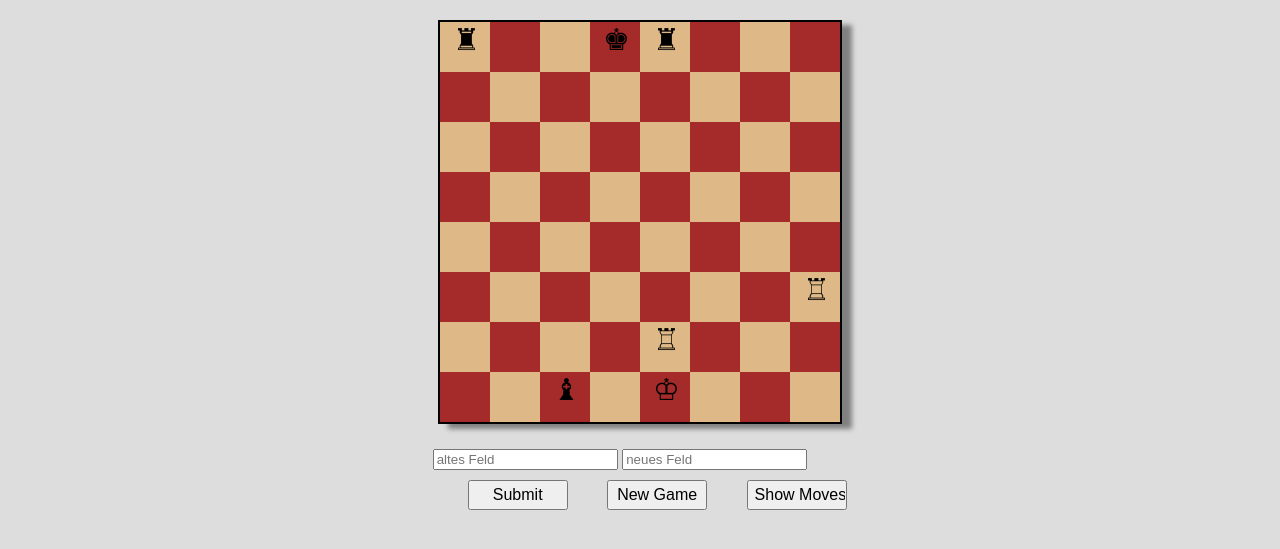
Repository: lizenzblue/Schach
Page: http://localhost/Schach.php
An editor plug-in stored every save of this project. The page is shown before and after the next save, followed by the edit.
The browser window is 1280 px wide. The pictures show the whole page.
The page is run by PHP 8.4 with error messages shown; the project is at /var/www/html/.

Above is the page before, as saved 2023-02-03 11:34:59.

### functions.php
<?php

function translateChessfieldsToXAndYCoords($chessfieldCorrds, $moveToChessField, $dataGrid){
    $coords = [0, 0, 0, 0];
    $chessfield = (array) json_decode(file_get_contents("./dataForGame/schachcoords.json"));

    for ($y = 0; $y < count($chessfield); $y++) {
        for ($x = 0; $x < count($chessfield[0]); $x++) {
            if($chessfield[$y][$x] == $moveToChessField){
                $coords[0] = $x;
                $coords[1] = $y;
            }
            if($chessfield[$y][$x] == $chessfieldCorrds){
                $coords[2] = $x;
                $coords[3] = $y;
            }
        }
    }
    return $coords;
}

function getPossibleMovesToShowOnBoard($coords, $dataGrid){
    $figure = $dataGrid[$coords[3]][$coords[2]];
    var_dump($coords);
    if(abs($figure) == 1 || abs($figure) == 3 || abs($figure) == 6){
        $possibleMoves = getPossibleMovesWithVector($coords[0], $coords[1], $dataGrid, getMoveVectorsForFigure($figure), true);
    } else {
        $possibleMoves = getPossibleMovesWithVector($coords[0], $coords[1], $dataGrid, getMoveVectorsForFigure($figure));
    }
    return $possibleMoves;
}

function saveDataGrid($contentForJSON)
{
    $finalData = json_encode($contentForJSON);
    file_put_contents("./dataForGame/dataGrid.json", $finalData);
}

function colorPlayfield($x, $y)
{
    if ($y % 2 == 0 && $x % 2 == 0) {
        $cellClass = 'cellWhite';
    } else if ($y % 2 == 0 && $x % 2 == 1) {
        $cellClass = 'cellBlack';
    } else if ($y % 2 == 1 && $x % 2 == 0) {
        $cellClass = 'cellBlack';
    } else {
        $cellClass = 'cellWhite';
    }
    return $cellClass;
}

function generateHTML($dataGrid, $highlightCoords = []){
    for ($y = 0; $y < count($dataGrid); $y++) {
        echo '<div class="row">';
        for ($x = 0; $x < count($dataGrid[0]); $x++) {
            $figureValue = $dataGrid[$y][$x];
            $hightlightClass = '';

            if (in_array([$x, $y], $highlightCoords)) {
                $hightlightClass = 'markedField';
            }

            if ($figureValue > 0 || $figureValue <= -1) {
                echo '<div class="' . colorPlayfield($x, $y) . ' ' . $hightlightClass . '"> <div id="figure" class="figure">' . getFigureCodeByNumber($figureValue) . '</div></div>';
            } else {
                echo '<div class="' . colorPlayfield($x, $y) . ' ' . $hightlightClass . '"></div>';
            }
        }
        echo '</div>';
    }
}

function getFigureCodeByNumber($number)
{
    $figures = [
        -1 => '&#9823',
        -2 => '&#9820',
        -3 => '&#9822',
        -4 => '&#9821',
        -5 => '&#9819',
        -6 => '&#9818',
        1 => '&#9817',
        2 => '&#9814',
        3 => '&#9816',
        4 => '&#9815',
        5 => '&#9813',
        6 => '&#9812',
    ];

    return $figures[$number];
}

function moveFigure($oldX, $oldY, $newX, $newY, $dataGrid)
{
    $figureValue = $dataGrid[$oldY][$oldX];
    $dataGrid[$newY][$newX] = $figureValue;
    $dataGrid[$oldY][$oldX] = 0;
    return $dataGrid;
}

function checkIfFigurIsInWay($posX, $posY, $dataGrid, $figureValue)
{
    $fieldValue = $dataGrid[$posY][$posX];
    if ($figureValue > 0) {
        if ($fieldValue > 0 && $fieldValue != 3) {
            return true;
        } else {
            return false;
        }
    } elseif ($figureValue < 0) {
        if ($fieldValue < 0 && $fieldValue != -3) {
            return true;
        } else {
            return false;
        }
    }
}

function check($coords, $dataGrid, $color, $onlytesting = false)
{
    $enemyPieces = getAllPiecesOfColor($color * -1, $dataGrid);
    if (isUnderAttack($coords, $dataGrid, $enemyPieces)) {
        if(!$onlytesting){
            if ($color == -1) {
                echo "Black King check";
            } else {
                echo "White King check";
            }
        }
        return true;
    }
    return false;
}

function getCountedMoves(){
    return (array) json_decode(file_get_contents("./dataForGame/countedMovesForRochade.json"));
}

function detectTurmForRochade($posKing, $moveToCoords){
    $color = getCurrentColor();
    $returnValue = "";
    if($moveToCoords[0] < $posKing[0]){
        ($color == 1) ?  $returnValue = "countedMovesWhiteTurmOne" : $returnValue = "countedMovesBlackTurmOne";
    } else {
        ($color == 1) ?  $returnValue = "countedMovesWhiteTurmTwo" : $returnValue = "countedMovesBlackTurmTwo";
    }
    return $returnValue;
}

function checkIfFieldsBetweenAreEmpty($coordsFigureOne, $coordsFigureTwo, $moveVector, $dataGrid){
    while($coordsFigureOne[0] != $coordsFigureTwo[0]){
        $coordsFigureOne[0] += $moveVector[0];

        if($coordsFigureOne[0] == 0 ||$coordsFigureOne[0] == 7){
            break;
        }
        if($dataGrid[$coordsFigureOne[1]][$coordsFigureOne[0]] != 0){
            return false;
        }
    }
    return true;
}

function checkForRochade($oldCoords, $newCoords, $dataGrid){
    $returnValue = true;
    if($dataGrid[$oldCoords[1]][$oldCoords[0]] != 6 || $dataGrid[$oldCoords[1]][$oldCoords[0]] != -6){
        $returnValue = false;
    }
    $fieldsmoved = 0;
    ($oldCoords[0] > $newCoords[0]) ? $fieldsmoved = $oldCoords[0] - $newCoords[0] : $fieldsmoved = $newCoords[0] - $oldCoords[0];
    ($fieldsmoved == 2) ? $returnValue = true : $returnValue = false;
    return $returnValue;
}

function rochade($posKing, $dataGrid, $kingMoveCoords){
    $posRock = [];
    $pieces =  getAllPiecesOfColor(getCurrentColor(), $dataGrid);
    $color = getCurrentColor();
    $assingKings = [
        1 => "countedMovesWhiteKing",
        -1 => "countedMovesBlackKing",
    ];
    $detectedFigures = [
        "king" => $assingKings[$color],
        "rock" => detectTurmForRochade($posKing, $kingMoveCoords),
    ];
    $possibilityRochade = true;

    $moveVectorBetweenKingAndRock = [];

    if($posKing[0] > $kingMoveCoords[0]){
        $moveVectorBetweenKingAndRock = [-1, 0];
    } else {
        $moveVectorBetweenKingAndRock = [1, 0];
    }


    if(checkForCheckAndCheckMate($dataGrid)){

        $possibilityRochade = false;
    }

    if(!(strpos($detectedFigures["king"], "White") && strpos($detectedFigures["rock"], "White") ||
    strpos($detectedFigures["king"], "Black") && strpos($detectedFigures["rock"], "Black"))){

        $possibilityRochade = false;
    }

    $countedMoves = getCountedMoves();

    if($countedMoves[$detectedFigures["king"]] != 0 || $countedMoves[$detectedFigures["rock"]] != 0){

        $possibilityRochade = false;
    }

    if(strpos($detectedFigures["rock"], "One")){
        ($color == 1) ? $posRock = [0, 7] : $posRock = [0, 0];
    } else {
        ($color == 1) ? $posRock = [7, 7] : $posRock = [7, 0];
    }
    if(!checkIfFieldsBetweenAreEmpty($posKing, $posRock, $moveVectorBetweenKingAndRock, $dataGrid)){
        $possibilityRochade = false;
    }
    $coords = $posKing;
    for ($x=0; $x < 1; $x++) {
        $coords[0] += $moveVectorBetweenKingAndRock[0];
        if(isUnderAttack($coords, $dataGrid, getAllPiecesOfColor($color * -1, $dataGrid))){
            $possibilityRochade = false;
        }
    }

    $result = [
        "possibility" => $possibilityRochade,
        "rock" => $detectedFigures["rock"],
        "king" => $detectedFigures["king"],
        "rockCoords" => $posRock,
        "kingcoords" => $posKing,
        "kingMoveCoords" => $kingMoveCoords,
    ];

    return $result;
}

function executeRochade($dataOfFigures, $dataGrid){
    $arrayOfRockMoveToCoords = [
        "countedMovesWhiteTurmOne" => [3, 7],
        "countedMovesWhiteTurmTwo" => [5, 7],
        "countedMovesBlackTurmOne" => [3, 0],
        "countedMovesBlackTurmTwo" => [5, 0],
    ];
    $color = getCurrentColor();
    $rockMoveToCoords = $arrayOfRockMoveToCoords[$dataOfFigures["rock"]];
    $kingMoveToCoords = $dataOfFigures["kingMoveCoords"];
    $kingcoords = $dataOfFigures["kingcoords"];
    $rockCoords = $dataOfFigures["rockCoords"];
    $dataGrid[$rockCoords[1]][$rockCoords[0]] = 0;
    $dataGrid[$kingcoords[1]][$kingcoords[0]] = 0;

    if($color ==  1){
        $dataGrid[$kingMoveToCoords[1]][$kingMoveToCoords[0]] = 6;
        $dataGrid[$rockMoveToCoords[1]][$rockMoveToCoords[0]] = 2;
    } else {
        $dataGrid[$kingMoveToCoords[1]][$kingMoveToCoords[0]] = -6;
        $dataGrid[$rockMoveToCoords[1]][$rockMoveToCoords[0]] = -2;
    }
    return $dataGrid;
}

function checkMate($posKing, $dataGrid)
{
    $possibleMoves = koenigMoveValid($posKing[0], $posKing[1], 0, 0, $dataGrid, false, true);

    if (empty($possibleMoves)) {
        if (!checkIfFigureCanSaveKing($posKing, $dataGrid)) {
            return true;
        }
    }
    return false;
}

function checkIfFigureCanSaveKing($coordsOfKing, $dataGrid)
{
    $color = getCurrentColor();
    $enemyPieces = getAllPiecesOfColor($color * -1, $dataGrid);
    $playerPieces = getAllPiecesOfColor($color, $dataGrid);
    $attackerPos = isUnderAttack($coordsOfKing, $dataGrid, $enemyPieces, true);
    $moveVector = [$coordsOfKing[0] - $attackerPos["x"], $coordsOfKing[1] - $attackerPos["y"]];
    ($moveVector[0] < 0) ? $moveVector[0] = -1 : $moveVector[0] = 1;
    ($moveVector[1] < 0) ? $moveVector[1] = -1 : $moveVector[1] = 1;
    $posX = $attackerPos["x"];
    $posY = $attackerPos["y"];

    $fieldsBetweenKingAndAttacker = getPossibleMovesWithVector($posX, $posY, $dataGrid, [$moveVector], false);

    array_pop($fieldsBetweenKingAndAttacker);

    foreach ($fieldsBetweenKingAndAttacker as $coordinate) {
        foreach ($playerPieces as $playerPiece) {
            if (validation($playerPiece["x"], $playerPiece["y"], $coordinate[0], $coordinate[1], $dataGrid)) {
                return true;
            }
        }
    }
    return false;
}

function checkForCheckAndCheckMate($dataGrid, $onlyTestting = false)
{
    $posKing = [];
    $color = getCurrentColor();
    $playerPieces = getAllPiecesOfColor($color, $dataGrid);
    foreach ($playerPieces as $playerPiece) {
        if ($playerPiece["fieldValue"] == 6 || $playerPiece["fieldValue"] == -6) {
            $posKing = [$playerPiece["x"], $playerPiece["y"]];
        }
    }

    if (check($posKing, $dataGrid, $color, $onlyTestting)) {
        if (checkMate($posKing, $dataGrid)) {
            return true;
        }
    }
    return false;
}

function checkIfRequestedMoveIsInAllowedMoves($requestedMove, $allowedMoves)
{
    if (in_array($requestedMove, $allowedMoves)) {
        return true;
    } else {
        return false;
    }
}

function getFieldValue($x, $y, $dataGrid)
{
    $fieldValue = $dataGrid[$y][$x];
    return $fieldValue;
}

function getRequestMove($x, $y)
{
    $requestMove = [$x, $y];
    return $requestMove;
}

function trackTurmMoves($coords){
    $coordsOfRocksAndKings = [[0, 7], [7, 7], [0, 0], [7, 0], [4, 7], [4, 0]];
    $figureThatMoves = "";
    $arrayToAsignFigure = [
        //------------Rocks-------------
        0 => "countedMovesWhiteTurmOne",
        1 => "countedMovesWhiteTurmTwo",
        2 => "countedMovesBlackTurmOne",
        3 => "countedMovesBlackTurmTwo",
        //------------Kings-------------
        4 => "countedMovesWhiteKing",
        5 => "countedMovesBlackKing",
    ];
    foreach($coordsOfRocksAndKings as $key => $coordsOfFigure){
        if($coordsOfFigure == $coords){
             $figureThatMoves = $arrayToAsignFigure[$key];
             $jsonData = getCountedMoves();
             $jsonData[$figureThatMoves] = 1;
             file_put_contents("./dataForGame/countedMovesForRochade.json", json_encode($jsonData));
        }
    }
}

//---------------------------------------------------------------

function getMoveVectorsForFigure($figure, $throw=false){
    $allFigureMoveVectors = [
        -1 => [[0, 1], [0, 2]], // BlackRock
        1 => [[0, -1], [0, -2]], // WhiteRock
        2 => [[0, 1], [0, -1], [1, 0], [-1, 0]], // Turm
        3 => [[1, 2], [-1, 2], [1, -2], [-1, -2], [-2, 1], [-2, -1], [2, 1], [2, -1]], // Reiter
        4 => [[1, 1], [1, -1], [-1, -1], [-1, 1]], // Bishop
        5 => [[1, 1], [1, -1], [-1, -1], [-1, 1], [0, 1], [0, -1], [1, 0], [-1, 0]], // queen
        6 => [[0, 1], [0, -1], [1, 0], [-1, 0], [1, 1], [1, -1], [-1, -1], [-1, 1]] //king
    ];
    $throwVectorsForRock = [
        -1 => [[1, 1], [-1, 1]],
        1 => [[1, -1], [-1, -1]],
    ];
    if($throw){
        return $throwVectorsForRock[$figure];
    }
    return $allFigureMoveVectors[$figure];
}

function stopFiguresFromMovingIfKingIsCheck($coords, $dataGrid){
    if(check($coords, $dataGrid, getCurrentColor())){
        return true;
    }
    return false;
}

function validation($oldX, $oldY, $newX, $newY, $dataGrid, $simulateMove = false)
{

    if ($newX > 7 || $newX < 0 || $newY > 7 || $newY < 0) {
        return false;
    }

    $absoluteFieldValue = abs($dataGrid[$oldY][$oldX]);
    $onlyOneTime = false;

    /*if($absoluteFieldValue != 6){
        if(stopFiguresFromMovingIfKingIsCheck([$oldX, $oldY], $dataGrid)){
            return false;
        }
    }*/


    switch ($absoluteFieldValue) {
        case 1:
            return validateBauernMoves([$oldX, $oldY], [$newX, $newY], $dataGrid, $simulateMove);
        case 6:
            $koenigMoveTrueOrFalse = koenigMoveValid($oldX, $oldY, $newX, $newY, $dataGrid, $simulateMove);
            if($koenigMoveTrueOrFalse && !$simulateMove){
                trackTurmMoves([$oldX, $oldY]);
            }
            return $koenigMoveTrueOrFalse;
        case 2:
            $turmMoveTrueOrFalse = moveValid($oldX, $oldY, $newX, $newY, $dataGrid, $onlyOneTime, getMoveVectorsForFigure($absoluteFieldValue));
            if($turmMoveTrueOrFalse && !$simulateMove){
                trackTurmMoves([$oldX, $oldY]);
            }
            return $turmMoveTrueOrFalse;
        case 3:
            $onlyOneTime = true;
            return moveValid($oldX, $oldY, $newX, $newY, $dataGrid, $onlyOneTime, getMoveVectorsForFigure($absoluteFieldValue));
        default:
            return moveValid($oldX, $oldY, $newX, $newY, $dataGrid, $onlyOneTime, getMoveVectorsForFigure($absoluteFieldValue));
    }
}

function bauerMoveCalculation($moveVectors, $oldCoords, $dataGrid)
{
    $calculatedMoves = [];
    foreach ($moveVectors as $value) {
        $calculatedMoves = array_merge($calculatedMoves, calculateMoves($oldCoords[0], $oldCoords[1], $value, $dataGrid, true));
    }
    return $calculatedMoves;
}

function bauernThowCalculation($throwMoveVectors, $oldCoords, $dataGrid)
{
    $calculatedThrows = [];
    foreach ($throwMoveVectors as $value) {
        $calculatedThrows = array_merge($calculatedThrows, calculateMoves($oldCoords[0], $oldCoords[1], $value, $dataGrid, true));
    }
    return $calculatedThrows;
}

function filteringMovesForWhite($oldCoords, $possibleMoves, $dataGrid)
{
    foreach ($possibleMoves as $key => $value) {
        if ($oldCoords[0] != $value[0] && $oldCoords[1] != $value[1]) {
            if (getFieldValue($value[0], $value[1], $dataGrid) >= 0) {
                unset($possibleMoves[$key]);
            }
        }
        if (abs($oldCoords[1] - $value[1]) == 2 && $oldCoords[1] != 6) {
            unset($possibleMoves[$key]);
        }
    }
    return $possibleMoves;
}

function filteringMovesForBlack($oldCoords, $possibleMoves, $dataGrid)
{
    foreach ($possibleMoves as $key => $value) {
        if ($oldCoords[0] != $value[0] && $oldCoords[1] != $value[1]) {
            if (getFieldValue($value[0], $value[1], $dataGrid) <= 0) {
                unset($possibleMoves[$key]);
            }
        }
        if (abs($oldCoords[1] - $value[1]) == 2 && $oldCoords[1] != 1) {
            unset($possibleMoves[$key]);
        }
    }
    return $possibleMoves;
}

function validateBauernMoves($oldCoords, $newCoords, $dataGrid, $simulateMove)
{
    $fieldValue = $dataGrid[$oldCoords[1]][$oldCoords[0]];
    $color = getCurrentColor();
    $possibleMoves = [];
    if ($simulateMove) {
        $possibleMoves = array_merge($possibleMoves, bauernThowCalculation(getMoveVectorsForFigure($fieldValue, true), $oldCoords, $dataGrid));
        if (in_array($newCoords, $possibleMoves)) {
            return true;
        }
        return false;
    }
    $possibleMoves = array_merge($possibleMoves, bauerMoveCalculation(getMoveVectorsForFigure($fieldValue), $oldCoords, $dataGrid));
    $possibleMoves = array_merge($possibleMoves, bauernThowCalculation(getMoveVectorsForFigure($fieldValue, true), $oldCoords, $dataGrid));

    //--------------------------------special validation due to the color--------------------------------
    switch ($color) {
        case 1:
            $possibleMoves = filteringMovesForWhite($oldCoords, $possibleMoves, $dataGrid);
            break;
        case -1:
            $possibleMoves = filteringMovesForBlack($oldCoords, $possibleMoves, $dataGrid);
            break;
    }
    //---------------------------------------------------------------------------------------------------

    //--------------------------------basic validation--------------------------------
    foreach ($possibleMoves as $key => $value) {
        if ($oldCoords[0] == $value[0] && $oldCoords[1] != $value[1]) {
            if (getFieldValue($value[0], $value[1], $dataGrid) != 0) {
                unset($possibleMoves[$key]);
            }
        }
    }
    //-------------------------------------------------------------------------------

    return checkIfRequestedMoveIsInAllowedMoves($newCoords, $possibleMoves);
}

function koenigMoveValid($oldX, $oldY, $newX, $newY, $dataGrid, $simulateMove, $onlyGiveBackPossibleMoves = false)
{
    $moveVector = getMoveVectorsForFigure(6);
    $possibleMoves = getPossibleMovesWithVector($oldX, $oldY, $dataGrid, $moveVector, true);
    $enemyPieces = getAllPiecesOfColor(getCurrentColor() * -1, $dataGrid);
    if ($onlyGiveBackPossibleMoves) {
        foreach ($possibleMoves as $i => $possibleMove) {
            if (isUnderAttack($possibleMove, $dataGrid, $enemyPieces)) {
                unset($possibleMoves[$i]);
            }
        }
        return $possibleMoves;
    }
    if (!$simulateMove) {
        if(checkForRochade([$oldX, $oldY], [$newX, $newY], $dataGrid)){
            $possibilityAndDataOfRochade = rochade([$oldX, $oldY], $dataGrid, [$newX, $newY]);
            return $possibilityAndDataOfRochade["possibility"];
        }
        foreach ($possibleMoves as $i => $possibleMove) {
            if (isUnderAttack($possibleMove, $dataGrid, $enemyPieces)) {
                unset($possibleMoves[$i]);
            }
        }
    }
    $requestMoves = getRequestMove($newX, $newY);
    return checkIfRequestedMoveIsInAllowedMoves($requestMoves, $possibleMoves);
}

function moveValid($oldX, $oldY, $newX, $newY, $dataGrid, $onlyOneTime, $moveVectors)
{
    return checkIfRequestedMoveIsInAllowedMoves(getRequestMove($newX, $newY), getPossibleMovesWithVector($oldX, $oldY, $dataGrid, $moveVectors, $onlyOneTime));
}

function isUnderAttack($targets, $grid, $enemyPieces, $saveKing = false)
{
    $targetX = $targets[0];
    $targetY = $targets[1];
    foreach ($enemyPieces as $enemyPiece) {
        $pieceX = $enemyPiece["x"];
        $pieceY = $enemyPiece["y"];
        if (validation($pieceX, $pieceY, $targetX, $targetY, $grid, true)) {
            if ($saveKing) {
                return $enemyPiece;
            }
            return true;
        }
    }
    return false;
}

function getAllPiecesOfColor($color, $dataGrid)
{
    $pieces = [];
    for ($i = 0; $i < count($dataGrid); $i++) {
        for ($j = 0; $j < count($dataGrid[0]); $j++) {
            $fieldValue = $dataGrid[$i][$j];
            if ($color == 1) {
                if ($fieldValue > 0) {
                    $pieces[] = [
                        "x" => $j,
                        "y" => $i,
                        "fieldValue" => $fieldValue,
                    ];
                }
            } else {
                if ($fieldValue < 0 && $color < 0) {
                    $pieces[] = [
                        "x" => $j,
                        "y" => $i,
                        "fieldValue" => $fieldValue,
                    ];
                }
            }
        }
    }
    return $pieces;
}

function getPossibleMovesWithVector($oldX, $oldY, $dataGrid, $moveVectors, $oneTimeOnly = false)
{
    $possibleMoves = [];
    foreach ($moveVectors as $key) {
        $possibleMoves = array_merge($possibleMoves, calculateMoves($oldX, $oldY, $key, $dataGrid, $oneTimeOnly));
    }
    return $possibleMoves;
}

function calculateMoves($x, $y, $directionVector, $dataGrid, $oneTimeOnly = false)
{
    $posX = $x + $directionVector[0];
    $posY = $y + $directionVector[1];
    $possibleMoves = [];
    $figureValue = $dataGrid[$y][$x];
    while ($posX >= 0 && $posX < 8 && $posY >= 0 && $posY < 8) {
        if (checkIfFigurIsInWay($posX, $posY, $dataGrid, $figureValue) == true) {
            break;
        } else {
            $possibleMoves[] = [$posX, $posY];
            $posX += $directionVector[0];
            $posY += $directionVector[1];
        }
        if ($oneTimeOnly) {
            break;
        }
    }
    return $possibleMoves;
}

//---------------------------------------------------------------

function fancy_dump($var)
{
    echo '<div style="background: grey; color: #fff; padding: 0 20px; overflow: hidden;">';
    if (!is_scalar($var)) {
        if (is_array($var)) {
            echo array_dump($var);
        }
    } else {
        $typeOfVar = gettype($var);
        echo '<pre>' . $var . ' &#8594; ' . $typeOfVar . '</pre>';
    }
    echo '</div>';
}

function array_dump($array)
{
    echo '<ul>';
    foreach ($array as $key => $value) {
        echo '<li>';
        if (is_array($value)) {
            echo array_dump($value);
        } else {
            echo $key . " => " . $value;
        }
        echo '</li>';
    }
    echo '</ul>';
}

//---------------------------------------------------------------

function createDataGridForJSON()
{
    $dataGrid = [
        [-2, -3, -4, -5, -6, -4, -3, -2],
        [-1, -1, -1, -1, -1, -1, -1, -1],
        [0, 0, 0, 0, 0, 0, 0, 0],
        [0, 0, 0, 0, 0, 0, 0, 0],
        [0, 0, 0, 0, 0, 0, 0, 0],
        [0, 0, 0, 0, 0, 0, 0, 0],
        [1, 1, 1, 1, 1, 1, 1, 1],
        [2, 3, 4, 5, 6, 4, 3, 2],
    ];
    $dataGrid = [
        [-2, 0, 0, 0, -6, 0, 0, -2],
        [0, 0, 0, 0, 0, 0, 0, 0],
        [0, 0, 0, 0, 0, 0, 0, 0],
        [0, 0, 0, 0, 0, 0, 0, 0],
        [0, 0, 0, 0, 0, 0, 0, 0],
        [0, 0, 0, 0, 0, 0, 0, 0],
        [0, 0, 0, 0, 0, 0, 0, 0],
        [2, 0, -4, 0, 6, 0, 0, 2],
    ];
    file_put_contents("./dataForGame/dataGrid.json", json_encode($dataGrid));
    return $dataGrid;
}

function getCurrentColor()
{
    return file_get_contents("./dataForGame/currentColor.json");
}

function isCoordinateInPieces($pieceX, $pieceY, $piecesOfColor)
{
    $wantToMovePiece = ["x" => $pieceX, "y" => $pieceY];
    if (in_array($wantToMovePiece, $piecesOfColor)) {
        return true;
    }
    return false;
}

Loaded but not shown: dataForGame/currentColor.json (common file); dataForGame/dataGrid.json (1 lines, source omitted); Schach.php (217 lines, source omitted)

After the next save:
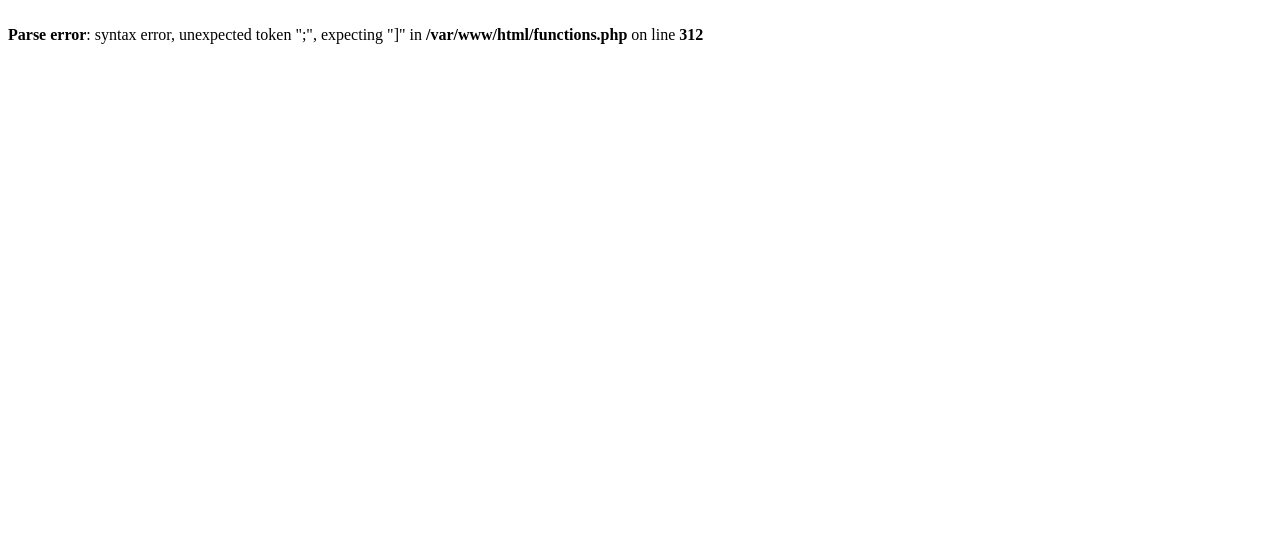
Saved 3 min 22 s later.
--- a/functions.php
+++ b/functions.php
@@ -307,6 +307,10 @@
 
 function checkForCheckAndCheckMate($dataGrid, $onlyTestting = false)
 {
+    $result = [
+        "check" => false,
+        "checkMate" => false;
+    ]
     $posKing = [];
     $color = getCurrentColor();
     $playerPieces = getAllPiecesOfColor($color, $dataGrid);

After the save that followed:
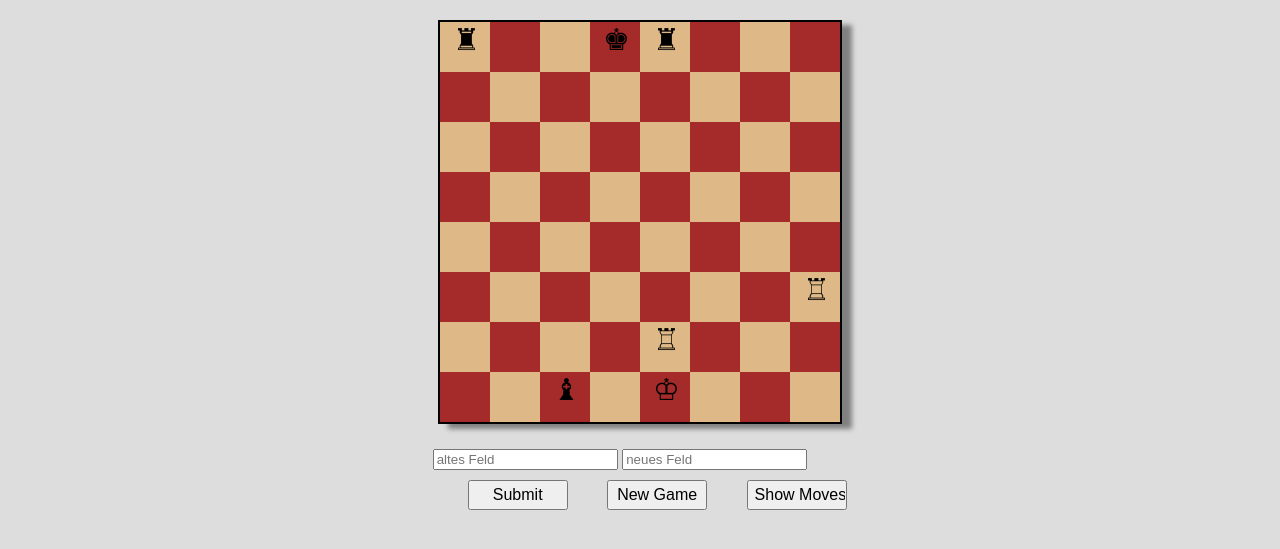
Saved 5 s later.
--- a/functions.php
+++ b/functions.php
@@ -309,8 +309,8 @@
 {
     $result = [
         "check" => false,
-        "checkMate" => false;
-    ]
+        "checkMate" => false,
+    ];
     $posKing = [];
     $color = getCurrentColor();
     $playerPieces = getAllPiecesOfColor($color, $dataGrid);
